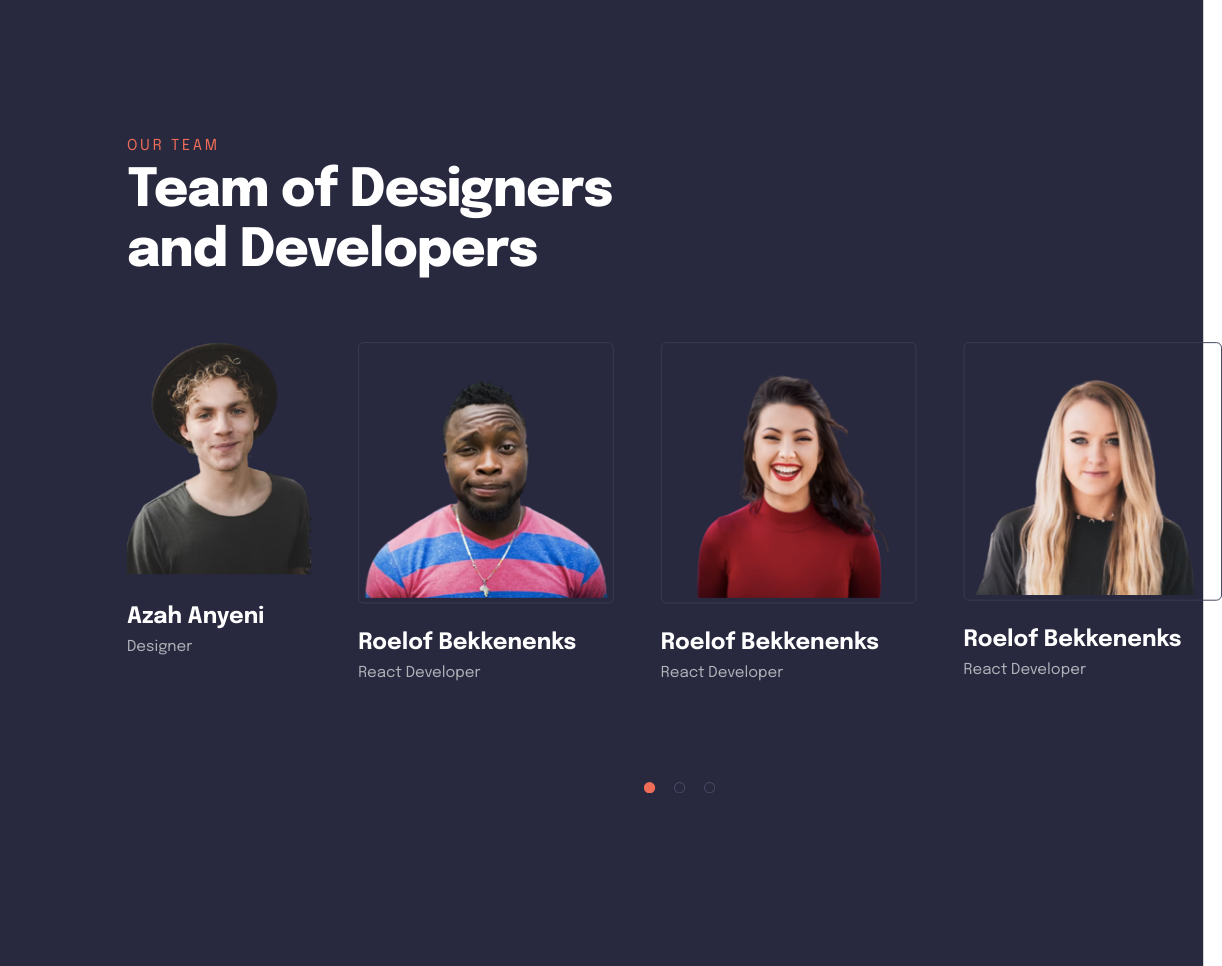
Repository: HeybetzadeQedim/task-6
Page: TEAM/index.html
An editor plug-in stored every save of this project. The page is shown before and after the next save, followed by the edit.
The browser window is 1280 px wide. The page is 1300 px wide, then 1287 px, so the pictures cover 1300 px, including what lies to the right of the window. The pictures show the whole page, at 94% of full size.

Above is the page before, as saved 2023-10-30 16:11:48.

### TEAM/index.html
<!DOCTYPE html>
<html lang="en">
  <head>
    <meta charset="UTF-8" />
    <meta name="viewport" content="width=device-width, initial-scale=1.0" />
    <title>Document</title>
    <link rel="stylesheet" href="./index.css" />
  </head>
  <body>
    <div class="main-container">
      <div class="text-container">
        <h5>Our Team</h5>
        <h2>
          Team of Designers<br />
          and Developers
        </h2>
      </div>

      <div class="box-container">
        <div class="box-1">
          <div class="img-border">
            <img src="images/Bitmap.png" />
          </div>
          <h4>Azah Anyeni</h4>
          <p>Designer</p>
        </div>

        <div class="box-1">
          <div class="box-3">
            <img src="images/Bitmap (1).png" />
          </div>
          <h4>Roelof Bekkenenks</h4>
          <p>React Developer</p>
        </div>

        <div class="box-1">
          <div class="box-4">
            <img src="images/Bitmap (2).png" />
          </div>
          <h4>Roelof Bekkenenks</h4>
          <p>React Developer</p>
        </div>

        <div class="box-1">
          <div class="box-5">
            <img src="images/Bitmap (3).png" />
          </div>
          <h4>Roelof Bekkenenks</h4>
          <p>React Developer</p>
        </div>
      </div>
      <div class="last-container">
        <img src="images/pins (1).svg" />
      </div>
    </div>
  </body>
</html>

### TEAM/index.css
@import url("https://fonts.googleapis.com/css2?family=Epilogue:wght@400;700;800&display=swap");
* {
  padding: 0;
  margin: 0;
  box-sizing: border-box;
}
.main-container {
  padding: 140px 135px 180px 135px;
  background-color: #28293e;
  min-height: 100vh;
}
.main-container .text-container h5 {
  color: var(--Text_Light_Accent, #ef6d58);
  font-feature-settings: "clig" off, "liga" off;
  font-family: Epilogue;
  font-size: 16px;
  font-style: normal;
  font-weight: 400;
  line-height: 32px;
  letter-spacing: 3px;
  text-transform: uppercase;
}
.main-container .text-container h2 {
  color: var(--Text_Light, #fff);
  font-feature-settings: "clig" off, "liga" off;
  font-family: Epilogue;
  font-size: 56px;
  font-style: normal;
  font-weight: 800;
  line-height: 64px;
  letter-spacing: -1px;
}
.box-container {
  display: flex;
  justify-content: space-between;
}
.box-1 {
  margin-top: 64px;
  margin-right: 50px;
}
.box-2 {
  padding: 24px 37px 1px 37px;
  border-radius: 6px;
  border: 1px solid #3a3c56;
  display: inline-block;
}
.box-2 img {
  width: 196px;
  height: 247px;
}
.box-1 h4 {
  margin-top: 26px;
  color: var(--Text_Light, #fff);
  font-feature-settings: "clig" off, "liga" off;
  font-family: Epilogue;
  font-size: 24px;
  font-style: normal;
  font-weight: 700;
  line-height: 32px;
}
.box-1 p {
  color: var(--Text_Light_Gray, rgba(255, 255, 255, 0.64));
  font-feature-settings: "clig" off, "liga" off;
  font-family: Epilogue;
  font-size: 16px;
  font-style: normal;
  font-weight: 400;
  line-height: 32px;
}
.box-3 {
  padding: 39px 5px 1px 6px;
  border-radius: 6px;
  border: 1px solid #3a3c56;
  display: inline-block;
}
.box-3 img {
  width: 259px;
  height: 232px;
}
.box-4 {
  padding: 33px 28px 1px 37px;
  border-radius: 6px;
  border: 1px solid #3a3c56;
  display: inline-block;
}
.box-4 img {
  width: 205px;
  height: 238px;
}
.box-5 {
  padding: 38px 28px 1px 12px;
  border-radius: 6px;
  border: 1px solid #3a3c56;
  display: inline-block;
}
.box-5 img {
  width: 233px;
  height: 230px;
}
.last-container img {
  margin-top: 100px;
  margin-left: 550px;
  width: 76px;
  height: 12px;
}

After the next save:
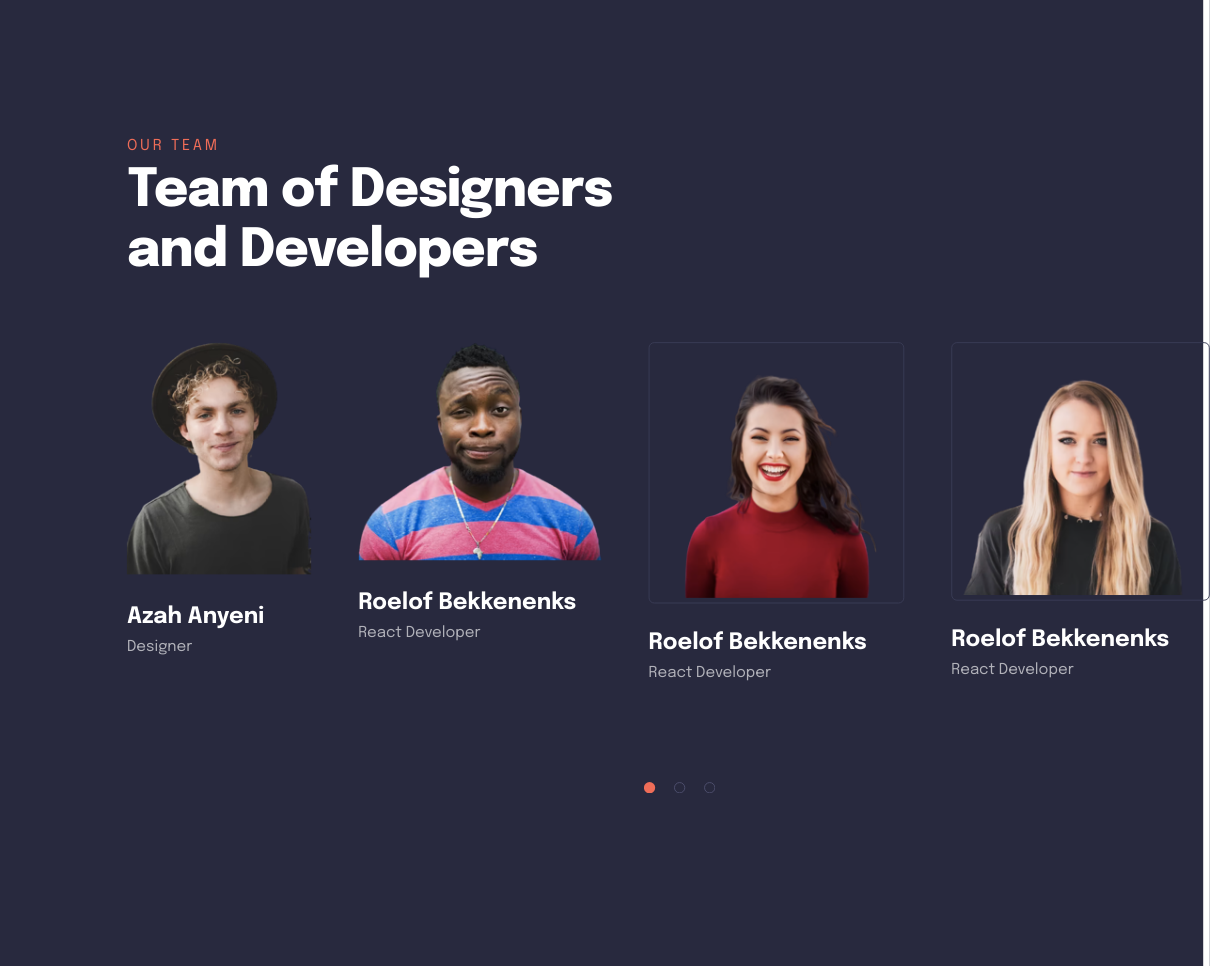
Saved 7 s later.
--- a/TEAM/index.html
+++ b/TEAM/index.html
@@ -26,8 +26,8 @@
         </div>
 
         <div class="box-1">
-          <div class="box-3">
-            <img src="images/Bitmap (1).png" />
+            <div class="img-border">
+                <img src="images/Bitmap (1).png" />
           </div>
           <h4>Roelof Bekkenenks</h4>
           <p>React Developer</p>
